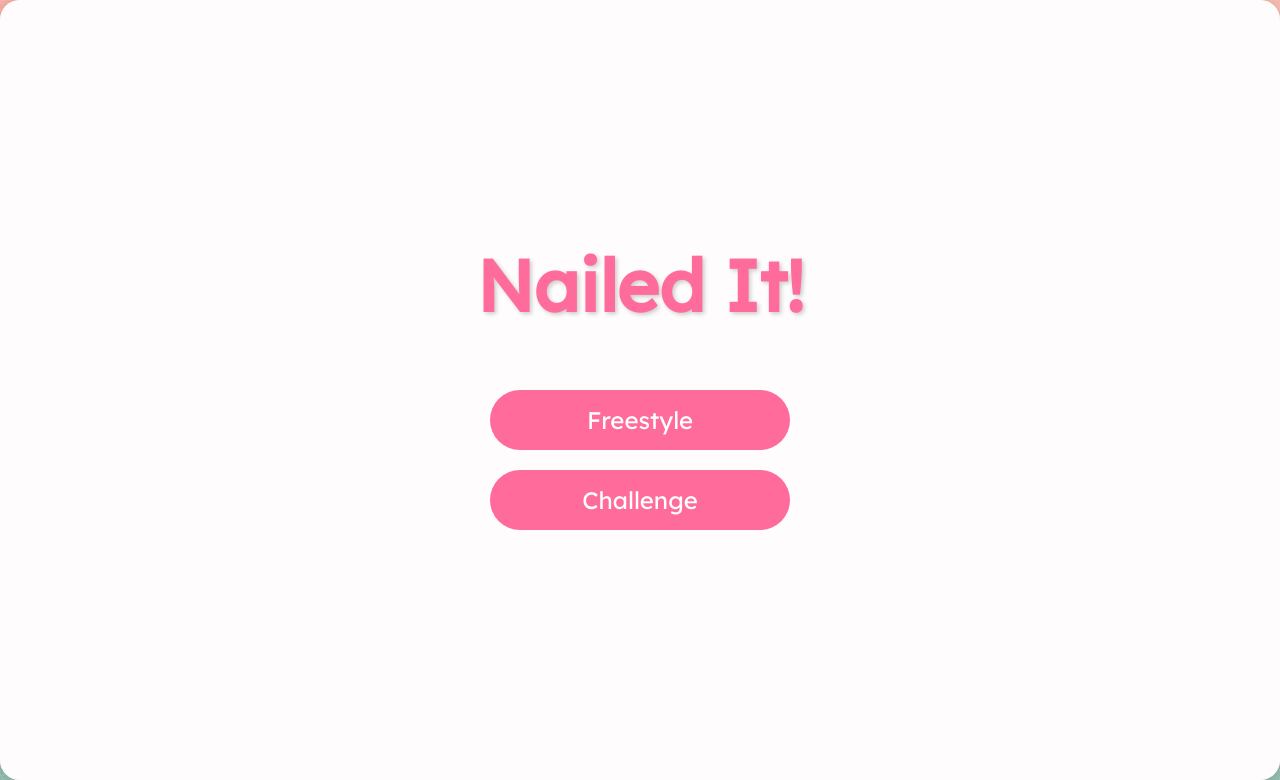
Repository: primcharlin/nailedit
Page: index.html
An editor plug-in stored every save of this project. The page is shown before and after the next save, followed by the edit.
The browser window is 1280 px wide. The pictures show the whole page.

Above is the page before, as saved 2025-04-24 21:23:32.

After the next save:
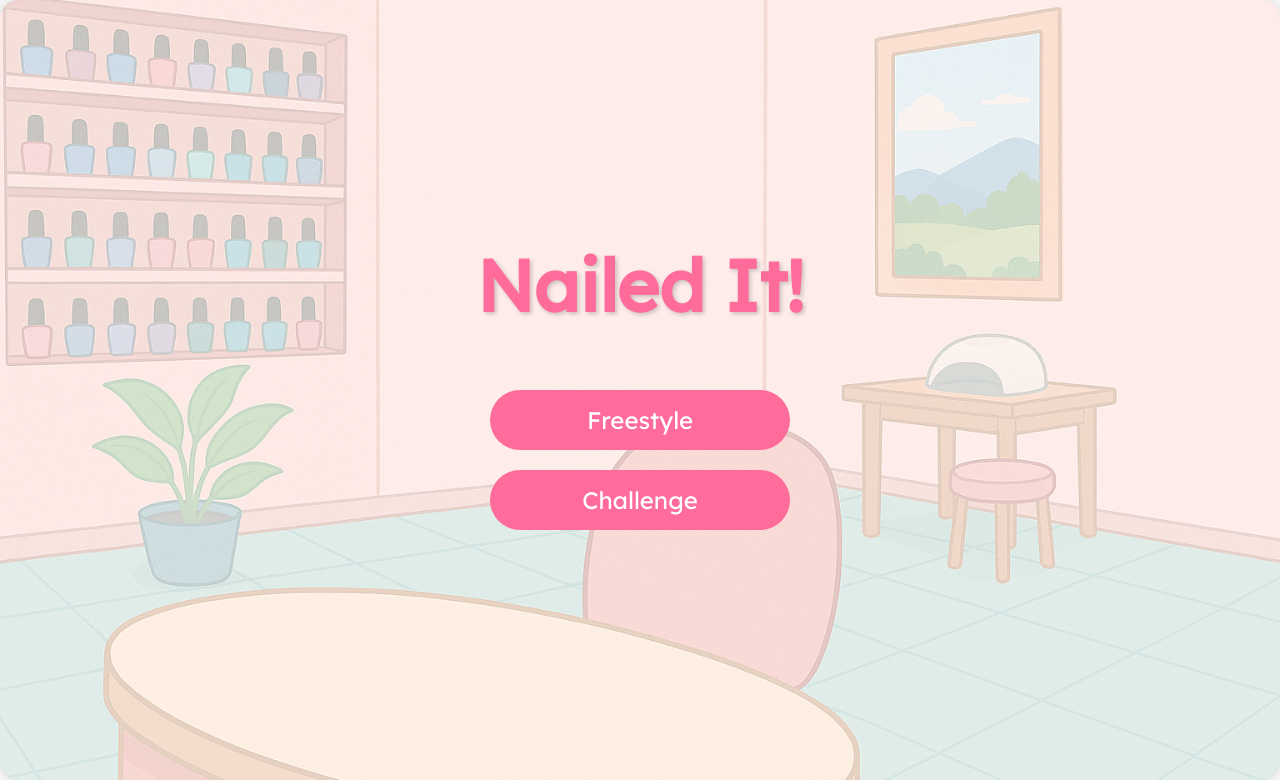
Saved 3 min 35 s later.
--- a/styles.css
+++ b/styles.css
@@ -6,7 +6,7 @@
 }
 
 body {
-    background-image: url("img/background.png");
+    background-color: white;
     display: flex;
     justify-content: center;
     align-items: center;
@@ -22,7 +22,7 @@
     width: 1300px;
     height: 780px;
     position: relative;
-    background-color: #fff6f9;
+    background-image: url("img/background.png");
     background-size: cover;
     background-position: center;
     box-shadow: 0 0 20px rgba(0, 0, 0, 0.2);

After the save that followed:
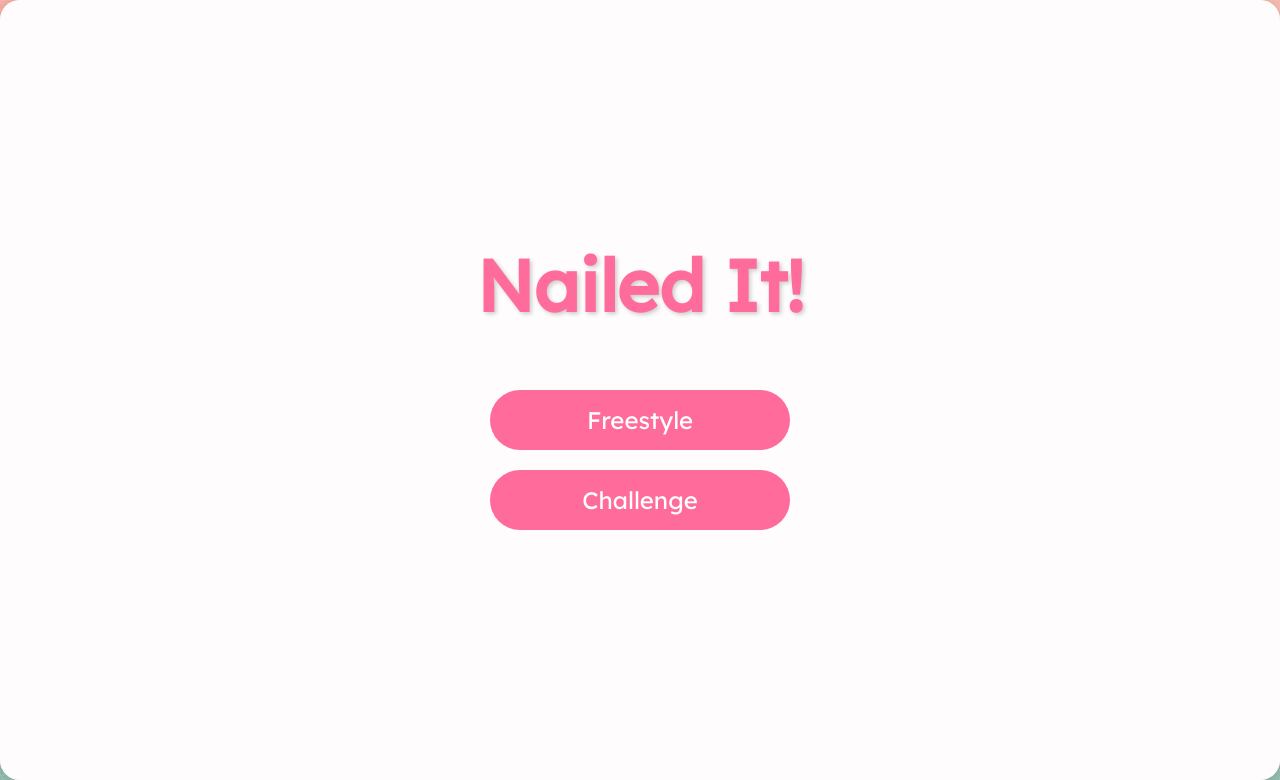
Saved 22 s later.
--- a/styles.css
+++ b/styles.css
@@ -6,7 +6,7 @@
 }
 
 body {
-    background-color: white;
+    background-image: url("img/background.png");
     display: flex;
     justify-content: center;
     align-items: center;
@@ -22,7 +22,7 @@
     width: 1300px;
     height: 780px;
     position: relative;
-    background-image: url("img/background.png");
+    background-color: #fff6f9;
     background-size: cover;
     background-position: center;
     box-shadow: 0 0 20px rgba(0, 0, 0, 0.2);
